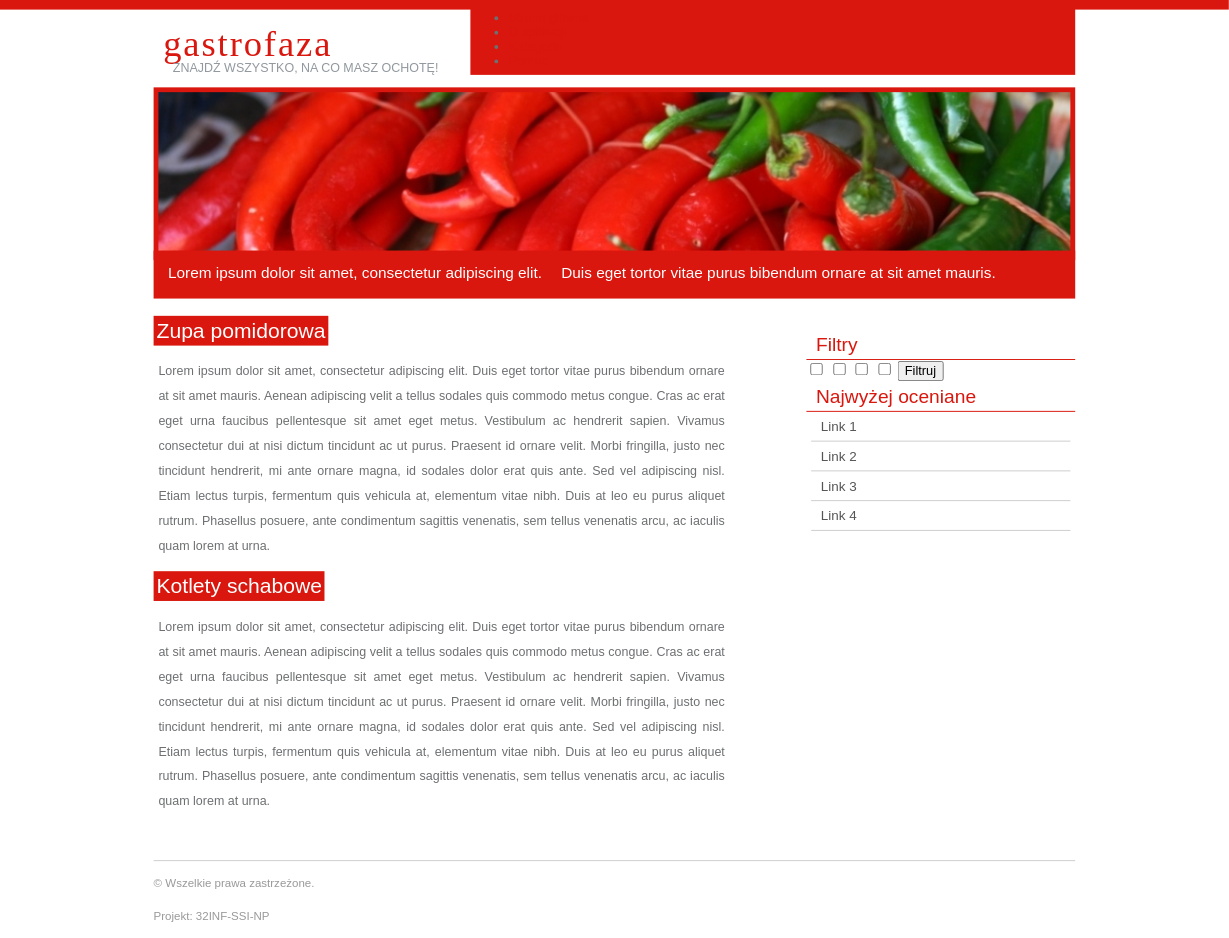
Repository: Michals1988/GroupProject
Page: index.html
These files come from the project's save history. The page is drawn as it stood at one moment and after the next save; the edit follows.
The browser window is 1280 px wide. The pictures show the whole page, at 96% of full size.

Above is the page before, as saved 2020-10-25 17:21:16.

### index.html
<!DOCTYPE html
    PUBLIC "-//W3C//DTD XHTML 1.0 Transitional//EN" "http://www.w3.org/TR/xhtml1/DTD/xhtml1-transitional.dtd">
<html xmlns="http://www.w3.org/1999/xhtml">

<head>
    <meta http-equiv="Content-Type" content="text/html; charset=utf-8" />
    <title>Gastrofaza</title>

    <link rel="stylesheet" type="text/css" href="css/style.css" />

</head>

<body>

    <div id="wrapper">
        <div id="logo">
            <a href="#">
                <h1>Gastrofaza</h1>
                <p>Znajdź wszystko, na co masz ochotę!</p>
            </a>
        </div>
        <div id="top_menu">
            <ul>
                <li><a href="#">Strona główna</a></li>
                <li><a href="#">O aplikacji</a></li>
                <li><a href="#">Kategorie</a></li>
                <li><a href="#">Pomoc</a></li>
            </ul>
            <div id="search_top">
                <input type="text" value="Szukaj przepisu" />
            </div>
        </div>
        <div id="header">
            <img src="images/header.jpg" />
        </div>
        <div id="menu_top">
            <ul>
                <li><a href="#">Lorem ipsum dolor sit amet, consectetur adipiscing elit.</a></li>
                <li><a href="#">Duis eget tortor vitae purus bibendum ornare at sit amet mauris.</a></li>
            </ul>
            <div id="container">
                <div id="content">
                    <span class="content_title">Zupa pomidorowa</span>
                    <p>
                        Lorem ipsum dolor sit amet, consectetur adipiscing elit. Duis eget tortor vitae purus bibendum
                        ornare at sit amet mauris. Aenean adipiscing velit a tellus sodales quis commodo metus congue.
                        Cras ac erat eget urna faucibus pellentesque sit amet eget metus. Vestibulum ac hendrerit
                        sapien. Vivamus consectetur dui at nisi dictum tincidunt ac ut purus. Praesent id ornare velit.
                        Morbi fringilla, justo nec tincidunt hendrerit, mi ante ornare magna, id sodales dolor erat quis
                        ante. Sed vel adipiscing nisl. Etiam lectus turpis, fermentum quis vehicula at, elementum vitae
                        nibh. Duis at leo eu purus aliquet rutrum. Phasellus posuere, ante condimentum sagittis
                        venenatis, sem tellus venenatis arcu, ac iaculis quam lorem at urna.
                    </p>
                    <span class="content_title">Kotlety schabowe</span>
                    <p>
                        Lorem ipsum dolor sit amet, consectetur adipiscing elit. Duis eget tortor vitae purus bibendum
                        ornare at sit amet mauris. Aenean adipiscing velit a tellus sodales quis commodo metus congue.
                        Cras ac erat eget urna faucibus pellentesque sit amet eget metus. Vestibulum ac hendrerit
                        sapien. Vivamus consectetur dui at nisi dictum tincidunt ac ut purus. Praesent id ornare velit.
                        Morbi fringilla, justo nec tincidunt hendrerit, mi ante ornare magna, id sodales dolor erat quis
                        ante. Sed vel adipiscing nisl. Etiam lectus turpis, fermentum quis vehicula at, elementum vitae
                        nibh. Duis at leo eu purus aliquet rutrum. Phasellus posuere, ante condimentum sagittis
                        venenatis, sem tellus venenatis arcu, ac iaculis quam lorem at urna.
                    </p>
                </div>
                <div id="sidebar">
                    <div id="sidebar_title">Filtry</div>
                    <input type="checkbox">
                    <input type="checkbox">
                    <input type="checkbox">
                    <input type="checkbox">
                    <button id="filter_button">Filtruj</button>
                    <div id="sidebar_title">Najwyżej oceniane</div>
                    <ul>
                        <li><a href="#">Link 1</a></li>
                        <li><a href="#">Link 2</a></li>
                        <li><a href="#">Link 3</a></li>
                        <li><a href="#">Link 4</a></li>
                    </ul>
                </div>
            </div>
            <div id="foot">
                <p>&copy Wszelkie prawa zastrzeżone. <p>Projekt: 32INF-SSI-NP</p>
            </div>
        </div>
</body>

</html>

### css/style.css
body {
	font-family: Arial, Helvetica, sans-serif;
	font-size: 13px;
	color: #6d6f71;
	text-align: center;
	background: url(../images/bg.png) repeat-x;
}

#wrapper {
	width: 960px;
	margin: 0 auto;
	text-align: left;
}

a {
	color: #d9170e;
	text-decoration: none;
}

a:hover {
	text-decoration: underline;
}

#logo {
	float: left;
	margin-left: 10px;
	margin-top: -10px;
	padding: 0;
}

#logo a,
#logo a:hover {
	text-decoration: none;
}

#logo h1 {
	font-size: 38px;
	font-weight: normal;
	text-transform: lowercase;
	letter-spacing: 2px;
	color: #d9170e;
	font-family: "Times New Roman", Times, serif;
}

#logo p {
	font-size: 13px;
	color: #91989e;
	text-transform: uppercase;
	margin-top: -30px;
	padding-left: 10px;
}

#top_menu {
	width: 630px;
	height: 80px;
	float: right;
	margin-top: -10px;
	margin-left: 20px;
	background: url(../images/bg.png);
}

#menu ul {
	list-style: none;
	margin: 0;
	padding: 5px 5px 5px 5px;
}

#menu li {
	display: block;
	float: left;
}

#menu a {
	color: #fff;
	font-size: 16px;
	display: block;
	float: left;
	margin-top: -5px;
	padding: 30px 20px 20px 20px;
	text-decoration: none;
}

#menu a:hover {
	background: #fff;
	color: #d9170e;

}

#search_top {
	float: right;
	margin-right: 30px;
	padding-top: 20px;
}

#search_top input {
	padding: 5px;
	border: 0px;
}

#header {
	float: left;
	width: 960px;
	height: 175px;
	background: url(../images/bg.png);
	text-align: center;
	padding-top: 5px;
}

#title_head {
	float: left;
	padding-top: 30px;
	padding-left: 550px;
	color: #333333;
	font-size: 24px;
}

#menu_top {
	width: 960px;
	height: 50px;
	float: left;
	margin-top: -10px;
	background: url(../images/bg.png);
}

#menu_top ul {
	list-style: none;
	margin: 0;
	padding: 5px 5px 5px 5px;
}

#menu_top li {
	display: block;
	float: left;
}

#menu_top a {
	color: #fff;
	font-size: 16px;
	display: block;
	float: left;
	padding: 10px 10px 10px 10px;
	text-decoration: none;
}

#menu_top a:hover {
	background: #fff;
	color: #d9170e;
}

#container {
	float: left;
	margin-bottom: 30px;
	margin-top: 30px;
	width: 960px;
}

#content {
	float: left;
	width: 600px;
	text-align: justify;
	line-height: 22px;
}

#content p {
	text-align: justify;
	line-height: 26px;
	padding: 5px;
}

.content_title {
	padding: 3px;
	font-size: 22px;
	font-weight: normal;
	color: #FFF;
	background: url(../images/bg.png);
}

h2 {
	font-size: 20px;
	font-weight: normal;
	color: #6d8b44;
}

#sidebar {
	float: right;
	width: 280px;
	line-height: 22px;
	text-align: justify;
	margin-top: 10px;
}

#sidebar ul {
	list-style: none;
	margin: 0;
	padding: 5px 5px 5px 5px;
}

#sidebar li {
	display: block;
	float: left;
	width: 270px;
	border-bottom: 1px solid #CCC;
}

#sidebar a {
	color: #555;
	font-size: 14px;
	display: block;
	float: left;
	padding: 4px 0px 4px 10px;
	text-decoration: none;

}

#sidebar a:hover {
	color: #d9170e;
	margin-left: 10px;
	-webkit-border-radius: 5px;
	-khtml-border-radius: 5px;
	-moz-border-radius: 5px;
	border-radius: 5px;
}

#sidebar_title {
	width: 270px;
	font-size: 20px;
	font-weight: normal;
	color: #d9170e;
	float: left;
	padding: 4px 0px 4px 10px;
	border-bottom: 1px solid #d9170e;
}

#sidebar p {
	padding: 5px;
}

#foot {
	width: 960px;
	float: left;
	border-top: 1px solid #CCC;
	font-size: 12px;
	color: #999;
	line-height: 22px;
	padding: 0;
	margin: 0;
}

#foot a {
	font-size: 12px;
	color: #d9170e;
	padding: 0;
	margin: 0;
}

After the next save:
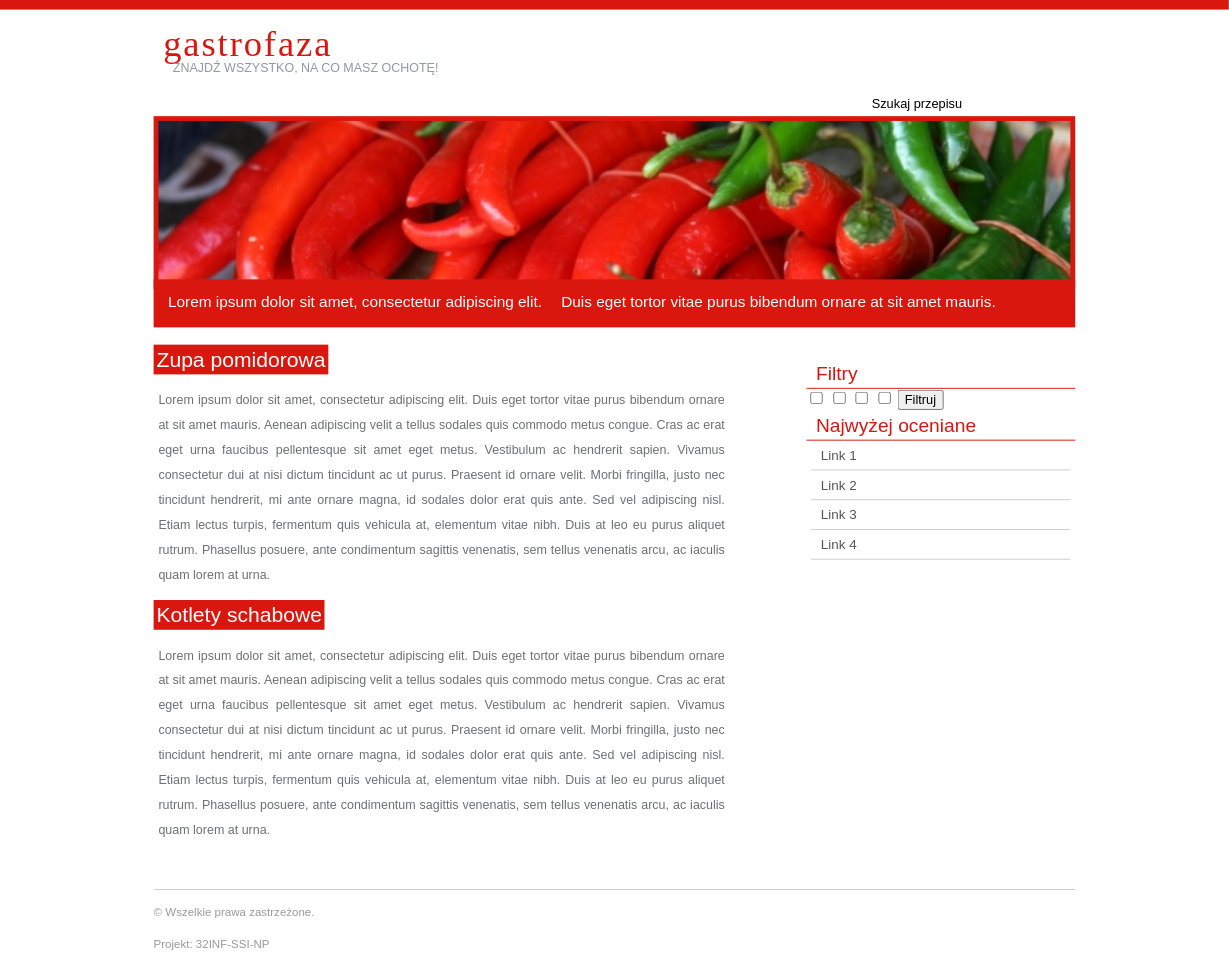
Saved 22 s later.
--- a/index.html
+++ b/index.html
@@ -19,7 +19,7 @@
                 <p>Znajdź wszystko, na co masz ochotę!</p>
             </a>
         </div>
-        <div id="top_menu">
+        <div id="menu">
             <ul>
                 <li><a href="#">Strona główna</a></li>
                 <li><a href="#">O aplikacji</a></li>

After the save that followed:
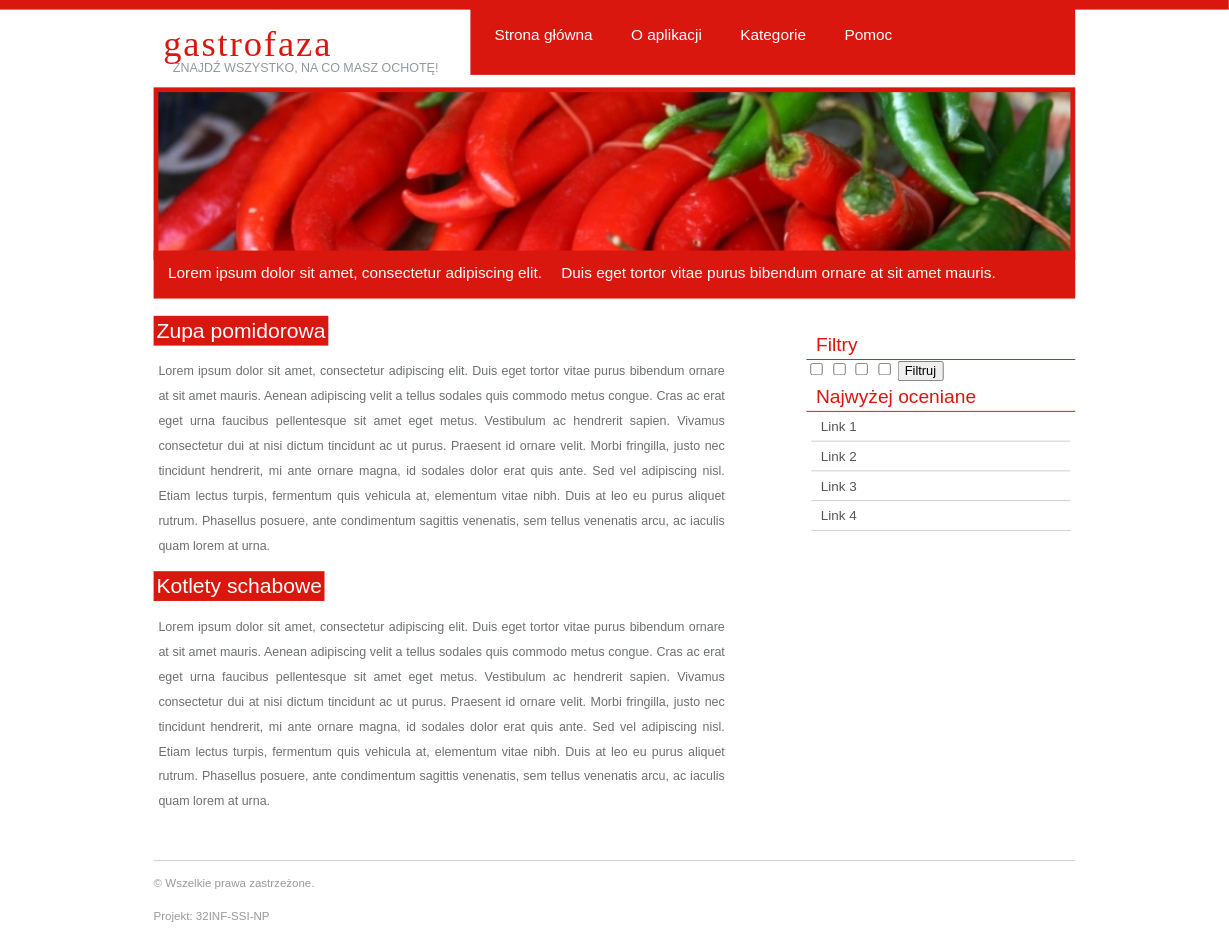
Saved 45 s later.
--- a/css/style.css
+++ b/css/style.css
@@ -50,7 +50,7 @@ a:hover {
 	padding-left: 10px;
 }
 
-#top_menu {
+#menu {
 	width: 630px;
 	height: 80px;
 	float: right;
